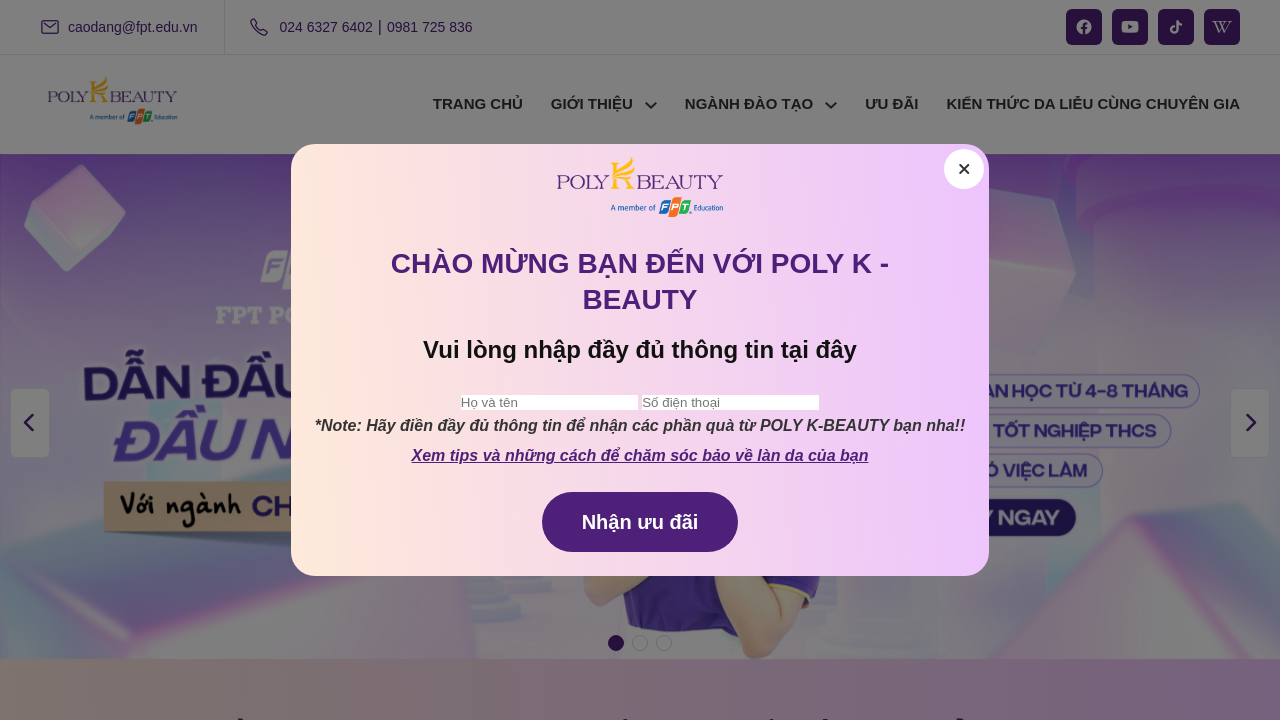
Repository: dinhtri123/k_beauty
Page: test.html
These files come from the project's save history. The page is drawn as it stood at one moment and after the next save; the edit follows.
The browser window is 1280 px wide. The pictures show the window.
A layer covers the whole window, so only the first screen is drawn. Some web fonts or font styles are not loaded; a fallback is used.

Above is the page before, as saved 2024-12-26 09:13:34.

### test.html
<!DOCTYPE html>
<html lang="en">

<head>
  <meta charset="UTF-8">
  <meta name="viewport" content="width=device-width, initial-scale=1.0">
  <title>Page Test</title>
  <link rel="stylesheet" href="https://cdn.jsdelivr.net/npm/swiper@11/swiper-bundle.min.css" />
  <link rel="stylesheet" href="https://cdnjs.cloudflare.com/ajax/libs/font-awesome/6.7.2/css/all.min.css"
    integrity="sha512-Evv84Mr4kqVGRNSgIGL/F/aIDqQb7xQ2vcrdIwxfjThSH8CSR7PBEakCr51Ck+w+/U6swU2Im1vVX0SVk9ABhg=="
    crossorigin="anonymous" referrerpolicy="no-referrer" />
  <link rel="stylesheet" href="./css/style.css">
  <link rel="stylesheet" href="./css/test.css">
</head>

<body>
  <header>
    <div class="header-top-wrapper">
      <div class="container">
        <div class="header-top">
          <div class="header-top-left">
            <a href="mailto:caodang@fpt.edu.vn">
              <img src="./images/mail-outline.png" alt="">
              <span>caodang@fpt.edu.vn</span>
            </a>
            <p>
              <img src="./images/call-outline.png" alt="">
              <a href="tel:024 6327 6402">024 6327 6402</a>
              <span>|</span>
              <a href="tel: 0981 725 836"> 0981 725 836</a>
            </p>
          </div>
          <div class="header-top-right">
            <a href="">
              <img src="./images/Facebook.png" alt="">
            </a>
            <a href="">
              <img src="./images/YouTube.png" alt="">
            </a>
            <a href="">
              <img src="./images/TikTok.png" alt="">
            </a>
            <a href="">
              <img src="./images/Frame.png" alt="">
            </a>
          </div>
        </div>
      </div>
    </div>
    <div class="header-main container">
      <a href="" class="header-logo">
        <img src="./images/logo.png" alt="">
      </a>
      <nav class="header-nav">
        <ul class="header-menu">
          <li>
            <a href="">Trang chủ</a>
          </li>
          <li>
            <a href="">Giới thiệu
              <span>
                <img src="./images/arrow-bottom.png" alt="">
              </span>
            </a>
          </li>
          <li>
            <a href="">ngành đào tạo
              <span>
                <img src="./images/arrow-bottom.png" alt="">
              </span>
            </a>
          </li>
          <li>
            <a href="">ƯU đãi</a>
          </li>
          <li>
            <a href="">kiến thức da liễu cùng chuyên gia</a>
          </li>
          <li class="header-btn-close sm">
            <i class="fa-solid fa-xmark"></i>
          </li>
        </ul>
      </nav>
      <span class="header-btn-menu sm">
        <i class="fa-solid fa-bars"></i>
      </span>
    </div>
  </header>
  <main id="test">
    <section class="slider-hero">
      <div class="swiper hero-swiper">
        <div class="swiper-wrapper">
          <div class="swiper-slide">
            <img src="./images/image 1.jpg" alt="">
          </div>
          <div class="swiper-slide">
            <img src="./images/image 1.jpg" alt="">
          </div>
          <div class="swiper-slide">
            <img src="./images/image 1.jpg" alt="">
          </div>
        </div>
        <div class="hero-btn swiper-button-next">
          <i class="fa-solid fa-chevron-right"></i>
        </div>
        <div class="hero-btn swiper-button-prev">
          <i class="fa-solid fa-chevron-left"></i>
        </div>
        <div class="swiper-pagination"></div>
      </div>
    </section>
    <section class="befenit">
      <div class="container">
        <div class="befenit-inner">
          <h2>CÙNG POLY K-BEAUTY HIỂU HƠN VỀ LÀN DA CỦA BẠN</h2>
          <p>Khám phá bí quyết chăm sóc da phù hợp qua bài trắc nghiệm cùng Poly K-Beauty!</p>
          <div class="befenit-question">
            <div class="question-item">
              <h3>1. Da của bạn thường trông ra sao vào buổi chiều?</h3>
              <div class="question-option">
                <label for="question_1_opt_1">
                  <input type="radio" name="question_1" id="question_1_opt_1">
                  A. Trán, mũi và cằm bị bóng dầu nhưng phần còn lại trên mặt lại bình thường hoặc khô
                </label>
                <label for="question_1_opt_2">
                  <input type="radio" name="question_1" id="question_1_opt_2">
                  B. Tôi nhận thấy một vài vết bong tróc dọc theo đường chân tóc, lông mày và giữa hai bên lông mày.
                </label>
                <label for="question_1_opt_3">
                  <input type="radio" name="question_1" id="question_1_opt_3">
                  C. Da bóng nhờn và không được mịn. Có những nốt mụn nhỏ và một số mụn đầu đen.
                </label>
                <label for="question_1_opt_4">
                  <input type="radio" name="question_1" id="question_1_opt_4">
                  D. Da mịn và láng mượt. Không có dấu hiệu bong tróc.
                </label>
                <label for="question_1_opt_5">
                  <input type="radio" name="question_1" id="question_1_opt_5">
                  E. Điều đầu tiên tôi nhận thấy là các nếp nhăn.
                </label>
              </div>
            </div>
            <div class="question-item">
              <h3>2. Hãy mô tả phần má và vùng dưới mắt của bạn.</h3>
              <div class="question-option">
                <label for="question_2_opt_1">
                  <input type="radio" name="question_2" id="question_2_opt_1">
                  A. Lỗ chân lông nở rộng và có khuyết điểm dưới dạng mụn đầu đen hay đốm mụn trắng.
                </label>
                <label for="question_2_opt_2">
                  <input type="radio" name="question_2" id="question_2_opt_2">
                  B. Hầu như không có vết nhăn dễ thấy nào. Chỉ có một số vùng da khô có thể nhìn ra.
                </label>
                <label for="question_2_opt_3">
                  <input type="radio" name="question_2" id="question_2_opt_3">
                  C. Da nhẵn mịn với lỗ chân lông se khít
                </label>
                <label for="question_2_opt_4">
                  <input type="radio" name="question_2" id="question_2_opt_4">
                  D. Có các nếp nhăn rõ rệt. Da khá khô.
                </label>
                <label for="question_2_opt_5">
                  <input type="radio" name="question_2" id="question_2_opt_5">
                  E. Da bị kích ứng và khô. Có cảm giác da bị căng.
                </label>
              </div>
            </div>
            <div class="question-item">
              <h3>3. Da của bạn có dễ gặp phải các vấn đề về thâm, hay đỏ rát không?</h3>
              <div class="question-option">
                <label for="question_3_opt_1">
                  <input type="radio" name="question_3" id="question_3_opt_1">
                  A. Có, nhưng chỉ ở vùng chữ T (trán, mũi và cằm)
                </label>
                <label for="question_3_opt_2">
                  <input type="radio" name="question_3" id="question_3_opt_2">
                  B. Da tôi hơi đỏ, có chút tấy, và có chỗ không đồng đều về độ ẩm
                </label>
                <label for="question_3_opt_3">
                  <input type="radio" name="question_3" id="question_3_opt_3">
                  C. Có. Tôi thường gặp phải các vấn đề trên.
                </label>
                <label for="question_3_opt_4">
                  <input type="radio" name="question_3" id="question_3_opt_4">
                  D. Đôi khi.
                </label>
                <label for="question_3_opt_5">
                  <input type="radio" name="question_3" id="question_3_opt_5">
                  E. Hầu như không bao giờ.
                </label>
              </div>
            </div>
            <button>Nộp bài Test <i class="fa-solid fa-arrow-right"></i></button>
          </div>
        </div>
      </div>
    </section>
    <section class="package">
      <div class="container">
        <div class="package-inner">
          <h2>POLY K-BEAUTY'S PACKAGE <span class="line"></span></h2>
          <div class="package-item">
            <img src="./images/package_img1.jpg" alt="">
            <h3>Dịch vụ chăm sóc và điều trị</h3>
          </div>
          <div class="package-item">
            <img src="./images/package_img2.jpg" alt="">
            <h3>QUY TRÌNH CHẤM TCA TRỊ</h3>
          </div>
          <div class="package-item">
            <img src="./images/package_img3.jpg" alt="">
            <h3>PHƯƠNG PHÁP TIÊM SẸO LỒI</h3>
          </div>
          <div class="package-item">
            <img src="./images/package_img4.jpg" alt="">
            <h3>LASER TRỊ THÂM CÓ TỐT</h3>
          </div>
          <div class="package-item">
            <img src="./images/package_img5.jpg" alt="">
            <h3>TRỊ NẤM DA BẰNG LASER TẠI</h3>
          </div>
          <div class="package-item">
            <img src="./images/package_img6.jpg" alt="">
            <h3>LÀN DA KHÔNG ĐỀU MÀU VÀ</h3>
          </div>
          <div class="package-item">
            <img src="./images/package_img7.jpg" alt="">
            <h3>GIẢI PHÁP ĐIỀU TRỊ MỤN THỊT</h3>
          </div>
          <div class="package-item">
            <img src="./images/package_img8.jpg" alt="">
            <h3>ĐIỀU TRỊ SẸO RỖ BẰNG LASER</h3>
          </div>
          <div class="package-item">
            <img src="./images/package_img9.jpg" alt="">
            <h3>TRẺ HOÁ BẰNG LASER</h3>
          </div>
          <div class="package-item">
            <img src="./images/package_img10.jpg" alt="">
            <h3>CHỐNG LÃO HOÁ TUỔI 30</h3>
          </div>
          <div class="package-item">
            <img src="./images/package_img11.jpg" alt="">
            <h3>ĐIỀU TRỊ MỤN Ở NGƯỜI LỚN</h3>
          </div>
          <div class="package-item">
            <img src="./images/package_img12.jpg" alt="">
            <h3>XOÁ XĂM HIỆU QUẢ VÀ</h3>
          </div>
          <div class="package-item">
            <img src="./images/package_img13.jpg" alt="">
            <h3>ĐIỀU TRỊ GIÃN MAO MẠCH</h3>
          </div>
          <div class="package-item">
            <img src="./images/package_img14.jpg" alt="">
            <h3>PHƯƠNG PHÁP TRỊ SẸO LỒI</h3>
          </div>
          <div class="package-item">
            <img src="./images/package_img15.jpg" alt="">
            <h3>LĂN KIM TRỊ SẸO RỖ</h3>
          </div>
          <div class="package-item">
            <img src="./images/package_img16.jpg" alt="">
            <h3>ĐIỆN DI VITAMIN C - GIẢI PHÁP</h3>
          </div>
          <div class="package-item">
            <img src="./images/package_img17.jpg" alt="">
            <h3>TRẺ HOÁ DA VỚI LIỆU TRÌNH</h3>
          </div>
          <div class="package-item">
            <img src="./images/package_img18.jpg" alt="">
            <h3>PEEL DA HOÁ HỌC CHUYÊN</h3>
          </div>
          <div class="package-item">
            <img src="./images/package_img19.jpg" alt="">
            <h3>PEEL DA HOÁ HỌC NỒNG ĐỘ</h3>
          </div>
          <div class="package-item">
            <img src="./images/package_img20.jpg" alt="">
            <h3>PEEL DA HOÁ HỌC NỒNG ĐỘ</h3>
          </div>
          <div class="package-item">
            <img src="./images/package_img21.jpg" alt="">
            <h3>PEEL DA HOÁ HỌC</h3>
          </div>
          <div class="package-item">
            <img src="./images/package_img22.jpg" alt="">
            <h3>PHƯƠNG PHÁP MÀI DA VI</h3>
          </div>
          <div class="package-item">
            <img src="./images/package_img23.jpg" alt="">
            <h3>CHẮM SÓC & ĐIỀU TRỊ DA CHO</h3>
          </div>
          <div class="package-item">
            <img src="./images/package_img24.jpg" alt="">
            <h3>XOÁ NỐT RUỒI</h3>
          </div>
          <div class="package-item">
            <img src="./images/package_img25.jpg" alt="">
            <h3>KIỂM TRA DA MẶT Ở ĐÂU ĐỂ</h3>
          </div>
          <div class="package-item">
            <img src="./images/package_img26.jpg" alt="">
            <h3>DỊCH VỤ CHĂM SÓC DA MẶT</h3>
          </div>
          <div class="package-item">
            <img src="./images/package_img27.jpg" alt="">
            <h3>MỤN LÀ CHUYỆN NHỎ VỚI</h3>
          </div>
          <div class="package-item">
            <img src="./images/package_img28.jpg" alt="">
            <h3>TÌM LẠI LÀN DA MỊN MÀNG VỚI</h3>
          </div>
          <div class="package-item">
            <img src="./images/package_img29.jpg" alt="">
            <h3>ĐỐT MỤN THỊT, U VÀNG</h3>
          </div>
          <div class="package-item">
            <img src="./images/package_img30.jpg" alt="">
            <h3>ĐIỀU TRỊ MỤN TRỨNG CÁ DỨT</h3>
          </div>
          <div class="package-item">
            <img src="./images/package_img31.jpg" alt="">
            <h3>TRIỆT LÔNG VĨNH VIỄN</h3>
          </div>
          <div class="package-item">
            <img src="./images/package_img32.jpg" alt="">
            <h3>NÁM DA VÀ RỐI LOẠN SẮC TỐ</h3>
          </div>
          <div class="package-item">
            <img src="./images/package_img33.jpg" alt="">
            <h3>LIỆU TRÌNH TRẺ HOÁ DA LÀM</h3>
          </div>
          <div class="package-item">
            <img src="./images/package_img34.jpg" alt="">
            <h3>ĐIỀU TRỊ TRỊ MỤN</h3>
          </div>
        </div>
      </div>
    </section>
  </main>
  <div class="form-bottom">
    <div class="container">
      <div class="form-inner">
        <div class="form-text">
          <h2>Tìm hiểu chương trình tại Poly K-Beauty và nhận tư vấn ngay!</h2>
          <button>Đăng ký ngay</button>
        </div>
        <div class="form-img">
          <img src="./images/form-img.png" alt="">
        </div>
      </div>
    </div>
  </div>
  <footer>
    <div class="container">
      <div class="footer-wrapper">
        <div class="footer-left">
          <div class="footer-logo">
            <img src="./images/logo-footer.png" alt="">
          </div>
          <div class="footer-social">
            <a href="#">
              <img src="./images/icon-fb.png" alt="">
            </a>
            <a href="#">
              <img src="./images/icon-ytb.png" alt="">
            </a>
            <a href="#">
              <img src="./images/icon-tiktok.png" alt="">
            </a>
            <a href="#">
              <img src="./images/icon-wiki.png" alt="">
            </a>
          </div>
          <div class="footer-contact">
            <h3>THÔNG TIN LIÊN HỆ</h3>
            <ul>
              <li>Điện thoại: (024) 7300 1955</li>
              <li>Email: caodang@fpt.edu.vn</li>
            </ul>
          </div>
        </div>
        <div class="footer-right">
          <h3>HỆ THỐNG VĂN PHÒNG TUYỂN SINH</h3>
          <div class="footer-local">
            <div class="local-item">
              <h4>Cơ sở Hà Nội</h4>
              <ul>
                <li><span><ion-icon name="location-outline"></ion-icon></span> Cổng số 1, Tòa nhà FPT
                  Polytechnic, 13 phố Trịnh Văn Bô, phường Phương Canh, quận Nam Từ Liêm, TP Hà Nội
                  Km12
                  Cầu Diễn, Phường Phúc Diễn, Quận Bắc Từ Liêm, Hà Nội</li>
                <li><span><ion-icon name="call-outline"></ion-icon></span>(024) 8582 0808</li>
              </ul>
            </div>
            <div class="local-item">
              <h4>Cơ sở Hồ Chí Minh</h4>
              <ul>
                <li><span><ion-icon name="location-outline"></ion-icon></span> Tòa nhà QTSC9 (toà T),
                  đường
                  Tô Ký, phường Tân Chánh Hiệp, quận 12, TP HCM.</li>
                <li><span><ion-icon name="location-outline"></ion-icon></span> 778/B1 Nguyễn Kiệm,
                  phường
                  04, quận Phú Nhuận, TP HCM
                  0901 660 002 – 028 6686 6486</li>
              </ul>
            </div>
            <div class="local-item">
              <h4>Cơ sở Thái Nguyên</h4>
              <ul>
                <li><span><ion-icon name="location-outline"></ion-icon></span> Tòa nhà FPT Polytechnic,
                  đường đê Mỏ Bạch, tổ 10, phường Quyết Thắng, TP Thái Nguyên, tỉnh Thái Nguyên</li>
                <li><span><ion-icon name="location-outline"></ion-icon></span> 091 532 9213</li>
              </ul>
            </div>
            <div class="local-item">
              <h4>Cơ sở Đà Nẵng</h4>
              <ul>
                <li><span><ion-icon name="location-outline"></ion-icon></span> 219 Nguyễn Sinh Sắc,
                  phường
                  Hoà Minh, quận Liên Chiểu, TP Đà Nẵng</li>
                <li><span><ion-icon name="location-outline"></ion-icon></span> 023 6371 0999 – 094 302
                  5282
                </li>
              </ul>
            </div>
            <div class="local-item">
              <h4>Cơ sở Hải Phòng</h4>
              <ul>
                <li><span><ion-icon name="location-outline"></ion-icon></span> 271 Lê Thánh Tông, phường
                  Máy
                  Chai, quận Ngô Quyền, TP Hải Phòng</li>
                <li><span><ion-icon name="location-outline"></ion-icon></span> 0915431313</li>
              </ul>
            </div>
            <div class="local-item">
              <h4>Cơ sở Quy Nhơn</h4>
              <ul>
                <li><span><ion-icon name="location-outline"></ion-icon></span> 107A Thanh Niên, phường
                  Quang
                  Trung, TP Quy Nhơn, tỉnh Bình Định</li>
                <li><span><ion-icon name="location-outline"></ion-icon></span> 039 404 4568</li>
              </ul>
            </div>
            <div class="local-item">
              <h4>Cơ sở Hà Nam</h4>
              <ul>
                <li><span><ion-icon name="location-outline"></ion-icon></span> Tổ hợp Giáo dục FPT,
                  Unischool, Khu Đại học Nam Cao, Phường Hoàng Đông, Thị xã Duy Tiên, Hà Nam</li>
                <li><span><ion-icon name="location-outline"></ion-icon></span> 0911 968 213</li>
              </ul>
            </div>
            <div class="local-item">
              <h4>Cơ sở Tây Nguyên</h4>
              <ul>
                <li><span><ion-icon name="location-outline"></ion-icon></span> Số 300, 6 Đường Hà Huy
                  Tập,
                  Tổ dân phố 8, phường Tân An, TP Buôn Ma Thuột, Đắk Lắk</li>
                <li><span><ion-icon name="location-outline"></ion-icon></span> 026 2355 5678</li>
              </ul>
            </div>
            <div class="local-item">
              <h4>Cơ sở Thanh Hoá</h4>
              <ul>
                <li><span><ion-icon name="location-outline"></ion-icon></span> Tòa Beta, Tổ hợp giáo dục
                  FPT, Đại lộ Võ Nguyên Giáp, phường Quảng Thành, TP Thanh Hóa</li>
                <li><span><ion-icon name="location-outline"></ion-icon></span> 091 378 5213</li>
              </ul>
            </div>
            <div class="local-item">
              <h4>Cơ sở Đồng Nai</h4>
              <ul>
                <li><span><ion-icon name="location-outline"></ion-icon></span> 193 Đỗ Văn Thi, phường
                  Hiệp
                  Hòa, TP Biên Hòa, tỉnh Đồng Nai</li>
                <li><span><ion-icon name="location-outline"></ion-icon></span> 0345 690 031 – 0989 871
                  031
                </li>
              </ul>
            </div>
            <div class="local-item">
              <h4>Cơ sở Cần Thơ</h4>
              <ul>
                <li><span><ion-icon name="location-outline"></ion-icon></span> Toà nhà FPT Polytechnic,
                  đường số 22, phường Thường Thạnh, quận Cái Răng, TP Cần Thơ</li>
                <li><span><ion-icon name="location-outline"></ion-icon></span> 098 388 1100 – 091 2823
                  492
                </li>
              </ul>
            </div>
          </div>
        </div>
      </div>
    </div>
  </footer>
  <div class="popup">
    <div class="popup-inner">
      <span class="popup-btn-close">
        <i class="fa-solid fa-xmark"></i>
      </span>
      <span class="popup-logo">
        <img src="./images/logo.png" alt="">
      </span>
      <h3 class="popup-title">Cảm ơn bạn đã làm bài test Hiểu làn da cùng Poly K-Beauty</h3>
      <p class="popup-desc">Bạn thuộc làn Da Hỗn Hợp</p>
      <span class="popup-img">
        <img src="./images/popup-img.png" alt="">
      </span>
      <i>*Note: Hãy điền đầy đủ thông tin để nhận các phần quà từ POLY K-BEAUTY bạn nha!!</i>
      <a href="#" class="popup-link">Xem tips và những cách để chăm sóc bảo về làn da của bạn</a>
      <a href="#" class="popup-btn">Nhận ưu đãi</a>
    </div>
  </div>
  <div class="popup popup-register active">
    <div class="popup-inner">
      <span class="popup-btn-close">
        <i class="fa-solid fa-xmark"></i>
      </span>
      <span class="popup-logo">
        <img src="./images/logo.png" alt="">
      </span>
      <h3 class="popup-title">CHÀO MỪNG BẠN ĐẾN VỚI POLY K - BEAUTY</h3>
      <p class="popup-desc">Vui lòng nhập đầy đủ thông tin tại đây</p>
      <form action="">
        <input type="text" name="name" id="name" placeholder="Họ và tên">
        <input type="tel" name="phone" id="phone" placeholder="Số điện thoại">
      </form>
      <i>*Note: Hãy điền đầy đủ thông tin để nhận các phần quà từ POLY K-BEAUTY bạn nha!!</i>
      <a href="#" class="popup-link">Xem tips và những cách để chăm sóc bảo về làn da của bạn</a>
      <a href="#" class="popup-btn">Nhận ưu đãi</a>
    </div>
  </div>
</body>

<script src="https://cdn.jsdelivr.net/npm/swiper@11/swiper-bundle.min.js"></script>

<script>
  var swiper = new Swiper(".hero-swiper", {
    loop: true,
    navigation: {
      nextEl: ".swiper-button-next",
      prevEl: ".swiper-button-prev",
    },
    pagination: {
      el: ".swiper-pagination",
    },
  });
</script>
<script src="./js/index.js"></script>

</html>

### css/test.css
.befenit-question *:not(::before) {
  font-family: var(--font-secondary);
}
.question-item {
  background-color: var(--cl-white);
  padding: 24px 32px;
  border-radius: 24px;
  margin-bottom: 24px;
}
.question-item h3 {
  color: #000;
  font-size: 24px;
  line-height: 32px;
  font-weight: 700;
  margin-bottom: 24px;
  text-align: left;
}
.question-option {
  display: flex;
  flex-direction: column;
  gap: 16px;
}
.question-option label {
  border-radius: 50px;
  min-height: 52px;
  padding: 14px 24px;
  display: flex;
  align-items: center;
  text-align: left;
  gap: 12px;
  color: #000;
  font-size: 16px;
  line-height: 24px;
  font-weight: 500;
  border: 1px solid rgba(204, 204, 204, 1);
}
.question-option label.active {
  background-color: var(--cl-primary);
  color: var(--cl-white);
}
.befenit-question button {
  padding: 16px 32px;
  border-radius: 50px;
  background-color: var(--cl-primary);
  font-size: 20px;
  line-height: 28px;
  font-weight: 590;
  display: flex;
  align-items: center;
  justify-content: center;
  gap: 10px;
  color: var(--cl-white);
  margin: 32px auto 0px;
  cursor: pointer;
}
@media screen and (max-width: 767px) {
  .question-item h3 {
    font-size: 20px;
    line-height: 24px;
    margin-bottom: 20px;
  }
  .question-item {
    padding: 20px;
    border-radius: 12px;
  }
  .question-option label {
    padding: 12px;
    border-radius: 12px;
  }
  .befenit-question button {
    font-size: 16px;
    line-height: 20px;
  }
}

Loaded but not shown: js/index.js (50 lines, source omitted); css/style.css (859 lines, source omitted)

After the next save:
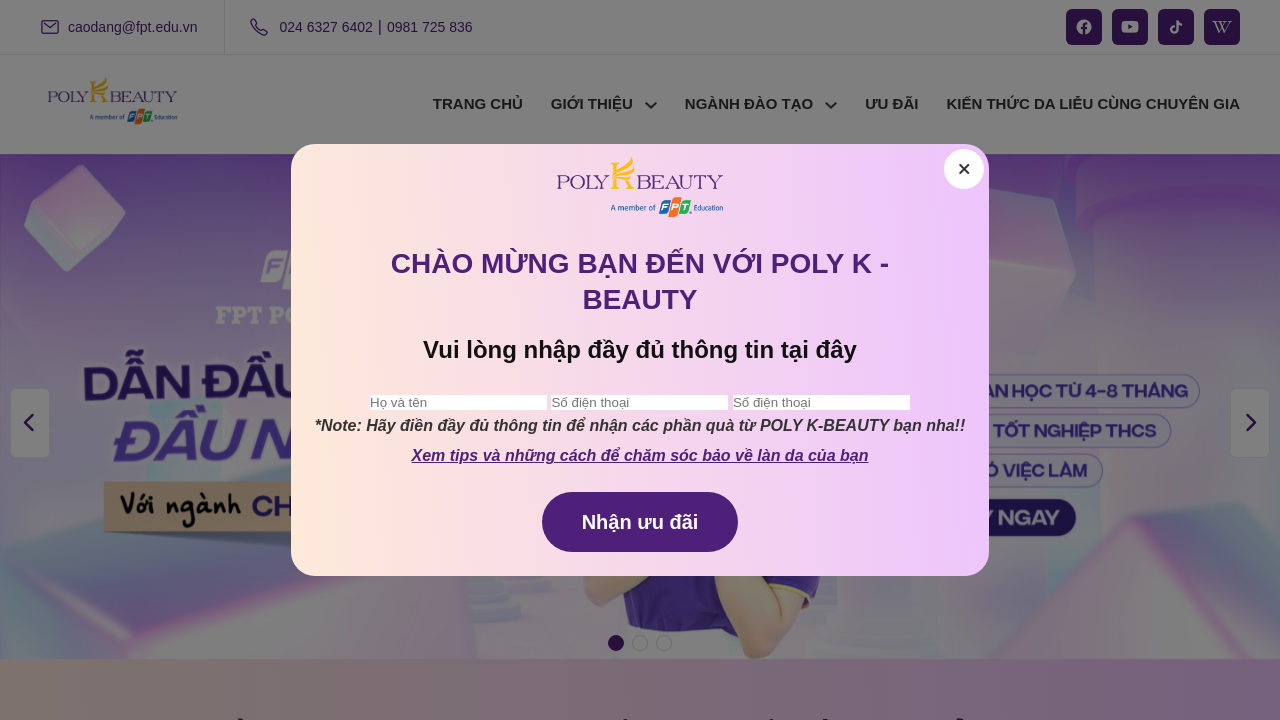
Saved 4 s later.
--- a/test.html
+++ b/test.html
@@ -525,6 +525,7 @@
       <form action="">
         <input type="text" name="name" id="name" placeholder="Họ và tên">
         <input type="tel" name="phone" id="phone" placeholder="Số điện thoại">
+        <input type="tel" name="phone" id="phone" placeholder="Số điện thoại">
       </form>
       <i>*Note: Hãy điền đầy đủ thông tin để nhận các phần quà từ POLY K-BEAUTY bạn nha!!</i>
       <a href="#" class="popup-link">Xem tips và những cách để chăm sóc bảo về làn da của bạn</a>
